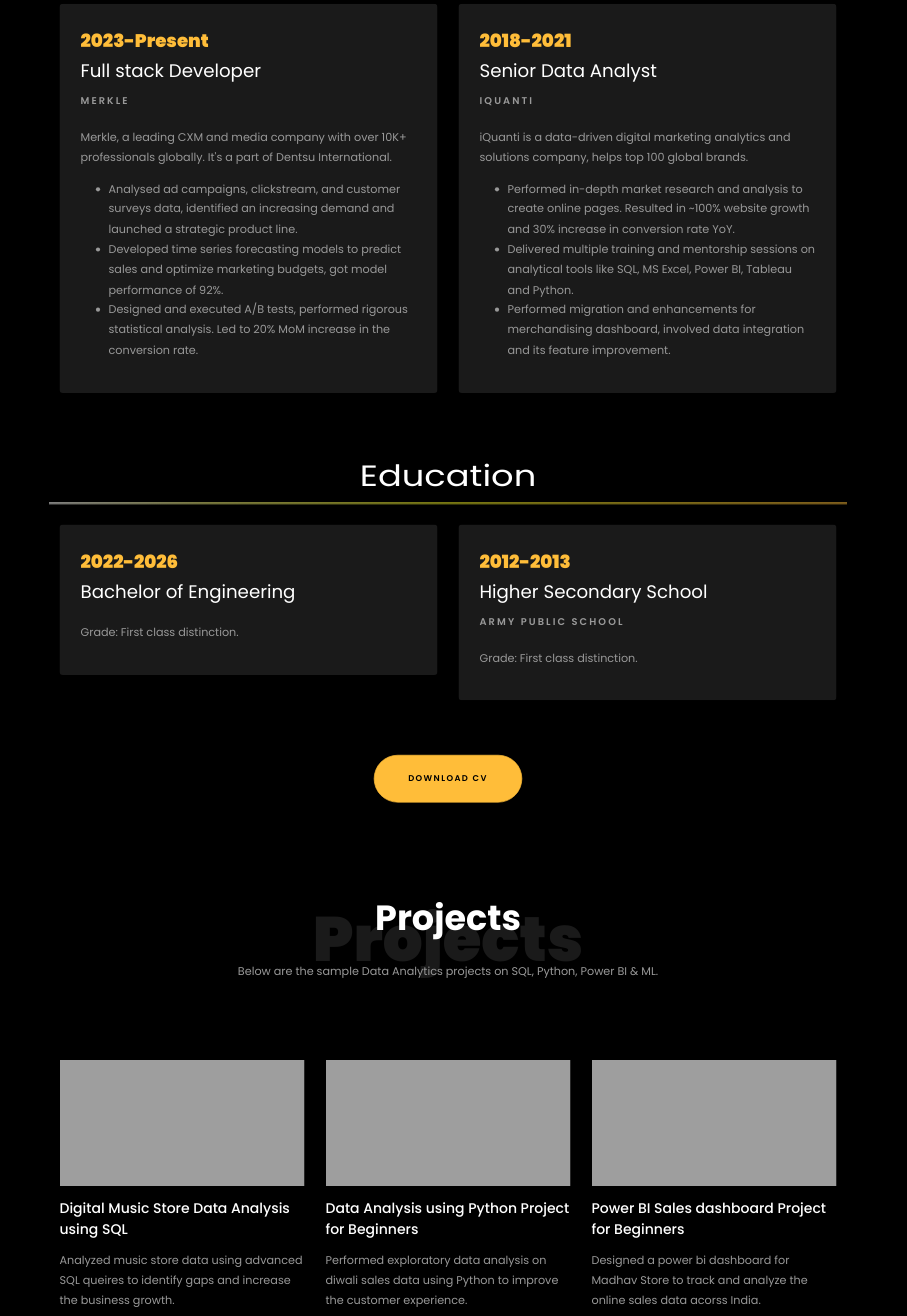
Repository: abp197/portfolio-website
Page: index.html
These files come from the project's save history. The page is drawn as it stood at one moment and after a run of saves; the edit follows.
The browser window is 1280 px wide. The page is 1295 px wide, so the pictures cover 1295 px, including what lies to the right of the window. The pictures show the part of the page from y = 2139 to 4019 px (the page is 6329 px tall), at 70% of full size.
Pictures or frames that could not be fetched are drawn as grey boxes.

Above is the page before, as saved 2024-10-15 00:30:53.
Console error (its wording comes from the project's code and is left out).

After the next 3 saves:
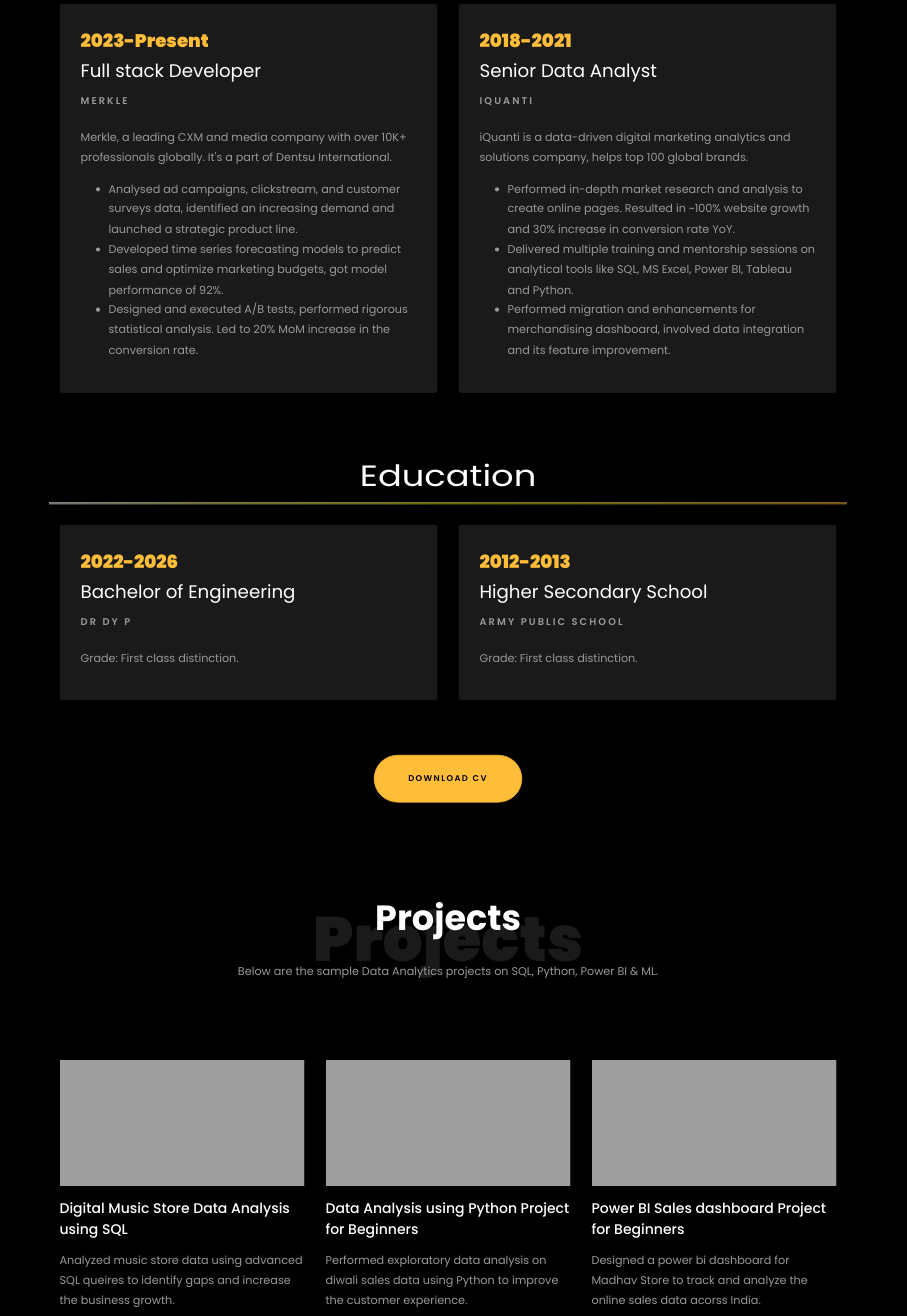
The 3 saves are shown as one change because they came seconds apart.
The last was saved 8 s later.
--- a/index.html
+++ b/index.html
@@ -376,7 +376,7 @@
     				<div class="resume-wrap ftco-animate">
     					<span class="date">2022-2026</span>
     					<h2>Bachelor of Engineering</h2>
-    					<span class="position"></span>
+    					<span class="position">Dr Dy P</span>
     					<p class="mt-4">Grade: First class distinction.</p>
     				</div>
     			</div>
